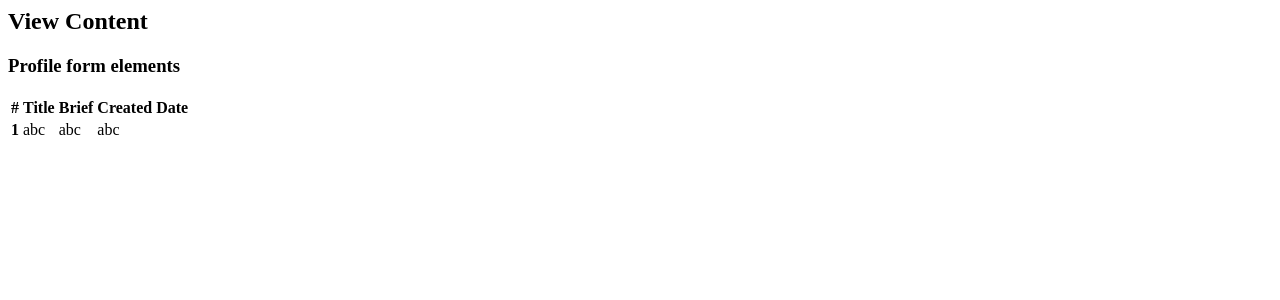
Repository: NgocNB20/travel
Page: NgocNb20_assigment8_9/view_content.html
The author's editor kept a copy of each file at every save. The page is drawn from the files as they stood at one save, then again after the next save.
The browser window is 1280 px wide. The pictures show the whole page.

Above is the page before, as saved 2021-10-12 21:33:20.

### NgocNb20_assigment8_9/view_content.html
<h2 class="title-add">View Content</h2>
                <h3 class="title-form">Profile form elements</h3>
                <div class="container ">
                    <div class="row form">
                        <div class="col-10">
                            <table class="table table-bordered" >
                                <thead>
                                    <tr>
                                        <th scope="col">#</th>
                                        <th scope="col">Title</th>
                                        <th scope="col">Brief</th>
                                        <th scope="col">Created Date</th>
                                    </tr>
                                </thead>
                                <tbody id="show_table">
                                    <tr>
                                        <th scope="row">1</th>
                                        <td>abc</td>
                                        <td>abc</td>
                                        <td>abc</td>
                                    </tr>
                                </tbody>
                            </table>
                        </div>
                    </div>
                </div>

After the next save:
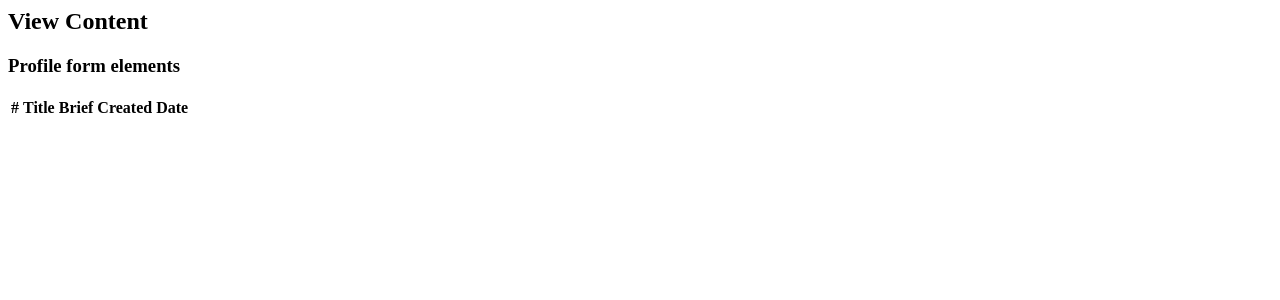
Saved 2 min 59 s later.
--- a/NgocNb20_assigment8_9/view_content.html
+++ b/NgocNb20_assigment8_9/view_content.html
@@ -13,12 +13,7 @@
                                     </tr>
                                 </thead>
                                 <tbody id="show_table">
-                                    <tr>
-                                        <th scope="row">1</th>
-                                        <td>abc</td>
-                                        <td>abc</td>
-                                        <td>abc</td>
-                                    </tr>
+
                                 </tbody>
                             </table>
                         </div>
